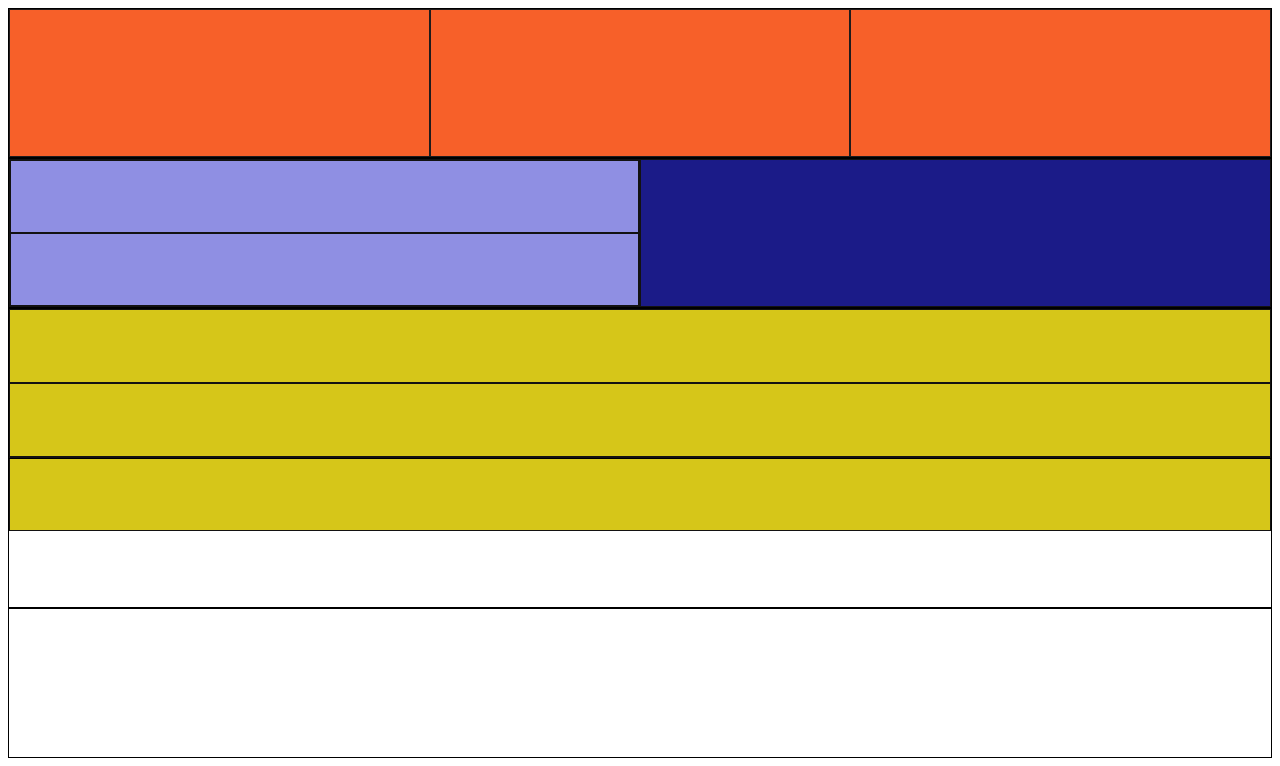
Repository: AishwaryaPandey987/PGLife
Page: home.html
These files come from the project's save history. The page is drawn as it stood at one moment and after the next save; the edit follows.
The browser window is 1280 px wide. The pictures show the whole page.

Above is the page before, as saved 2022-10-27 20:55:00.

After the next save:
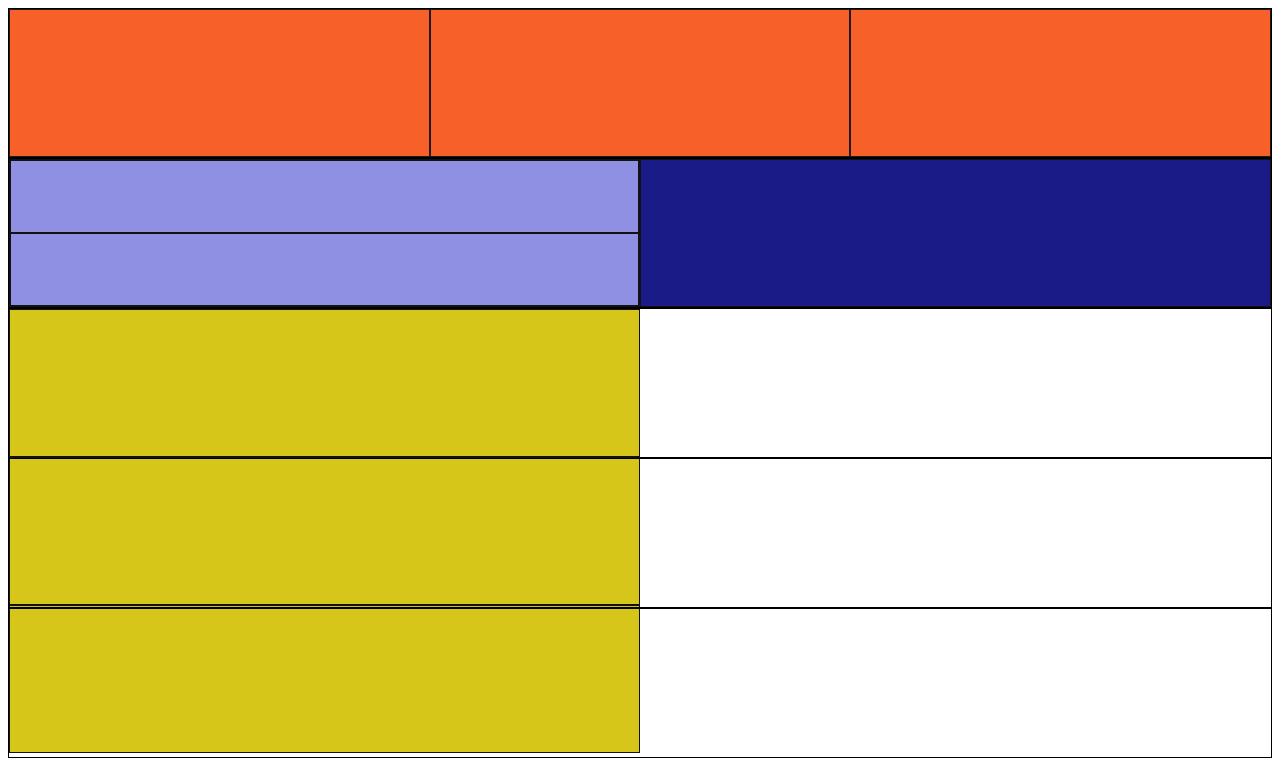
Saved 27 s later.
--- a/css/style.css
+++ b/css/style.css
@@ -35,7 +35,7 @@ background-color: rgb(247, 96, 41);
 .col3{
   border: 1px solid rgb(19, 18, 18);
   display: block;
-  height: 50%;
-  width: 100%;
+  height: 100%;
+  width: 50%;
   background-color: rgb(214, 198, 25);
 }
